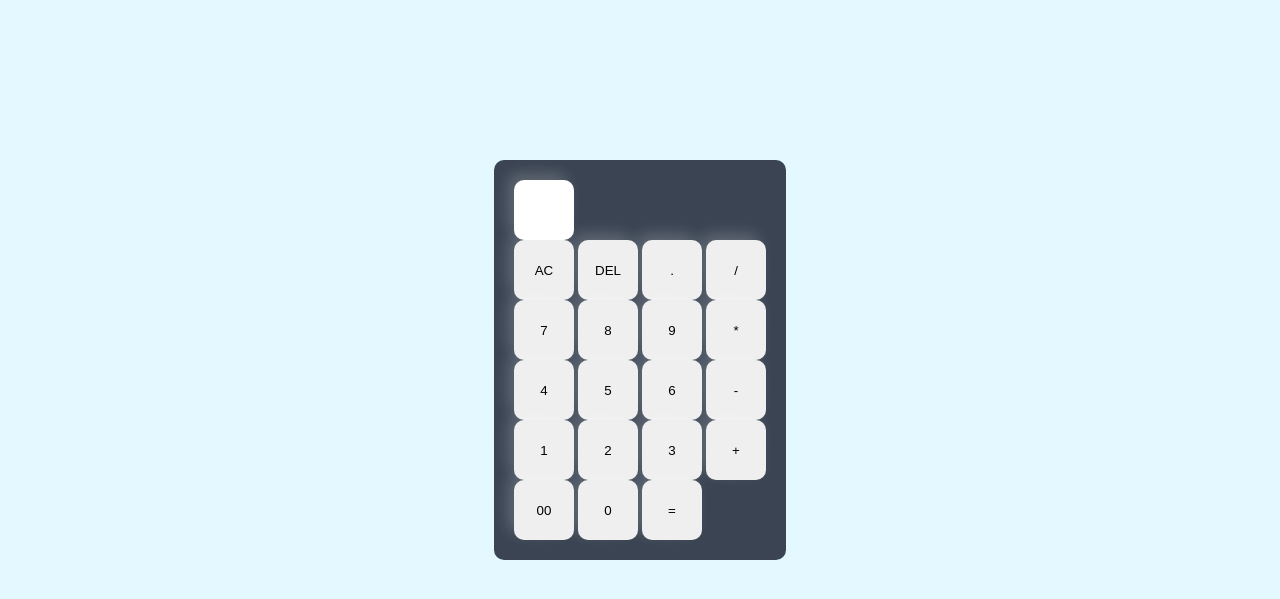
Repository: isaacCodes1/Calculator
Page: index.html
The author's editor kept a copy of each file at every save. The page is drawn from the files as they stood at one save, then again after a run of saves.
The browser window is 1280 px wide. The pictures show the whole page.

Above is the page before, as saved 2024-04-01 18:19:43.

After the next 5 saves:
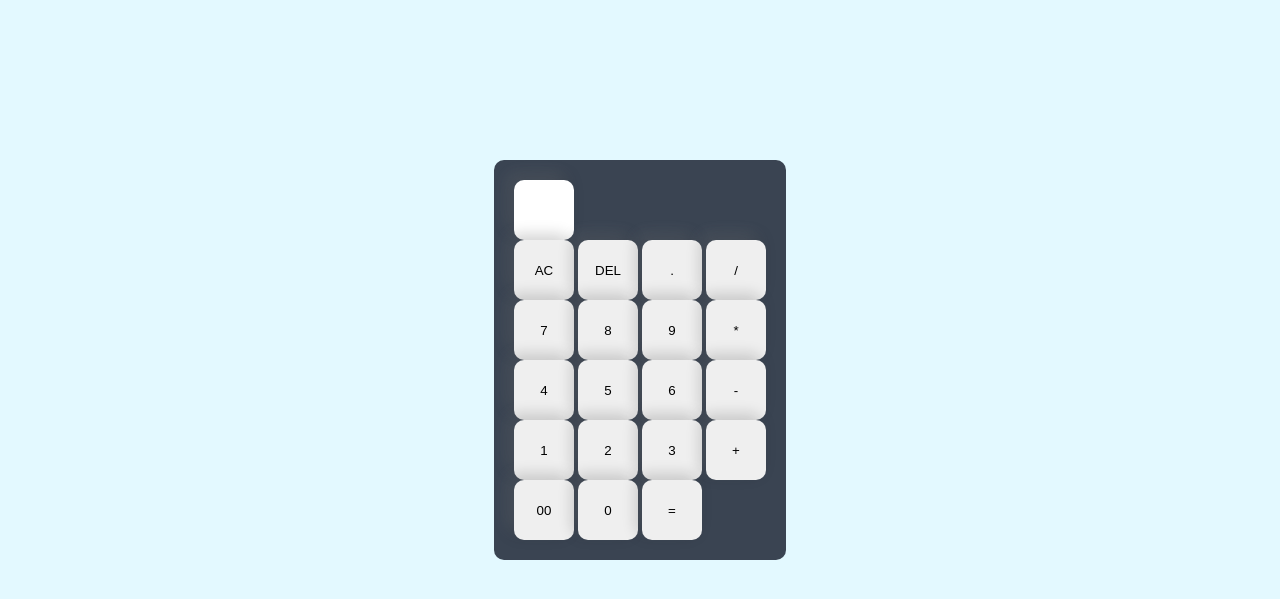
The 5 saves are shown as one change because they came seconds apart.
The last was saved 19 s later.
--- a/style.css
+++ b/style.css
@@ -22,5 +22,5 @@
     width: 60px;
     height: 60px;
     border-radius: 10px;
-    box-shadow: -8px -8px  15px rgba(255, 255, 255, 0.1), -5px -5px  15px rgba(255, 255, 255, 0.1);
+    box-shadow: -8px -8px  15px rgba(255, 255, 255, 0.1), -5px -5px  15px rgba(0, 0, 0, 0.2);
 }
